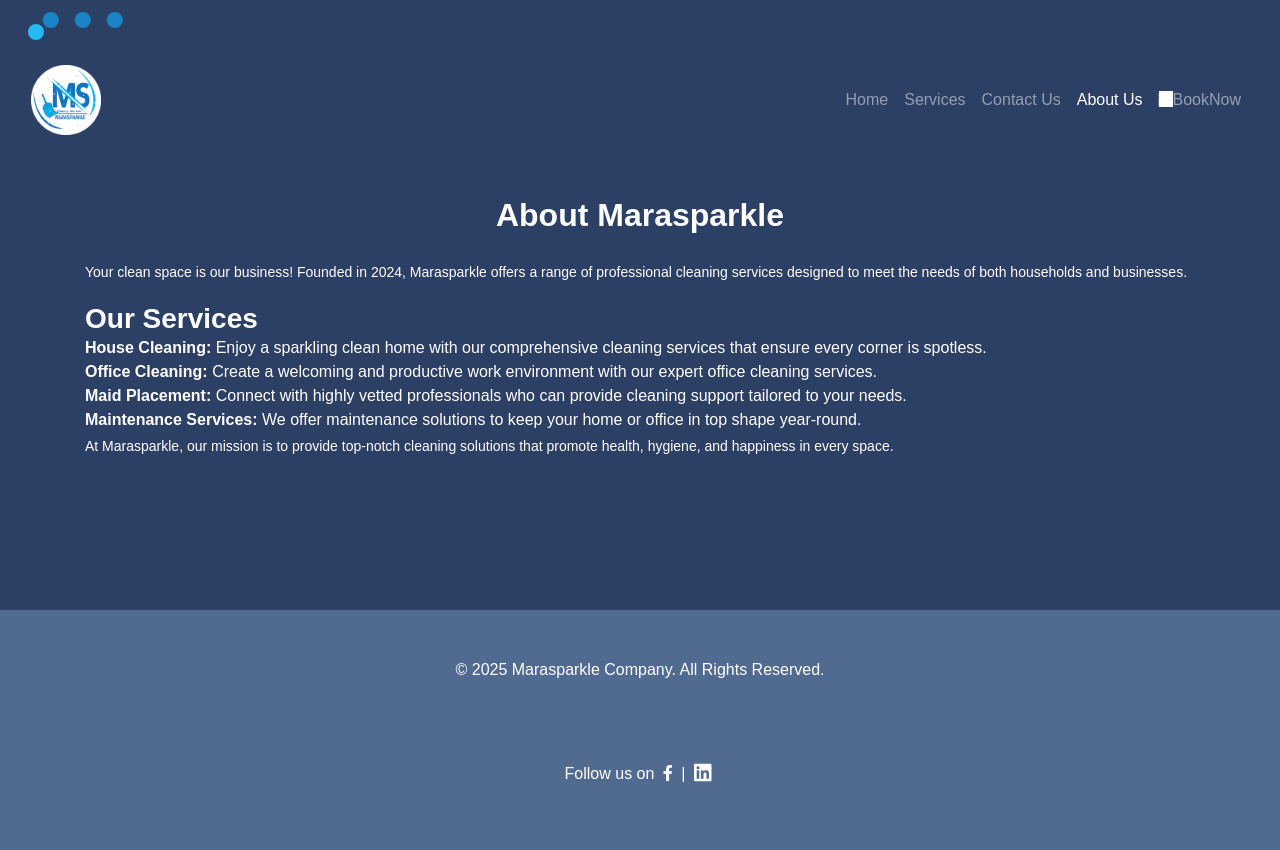
Repository: guineveretim/sparkle
Page: http://localhost/about/
These files come from the project's save history. The page is drawn as it stood at one moment and after the next save; the edit follows.
The browser window is 1280 px wide. The pictures show the whole page.
The page is served by the project's application, run on Django 5.2 (manage.py).

Above is the page before, as saved 2025-03-26 14:17:03.

After the next save:
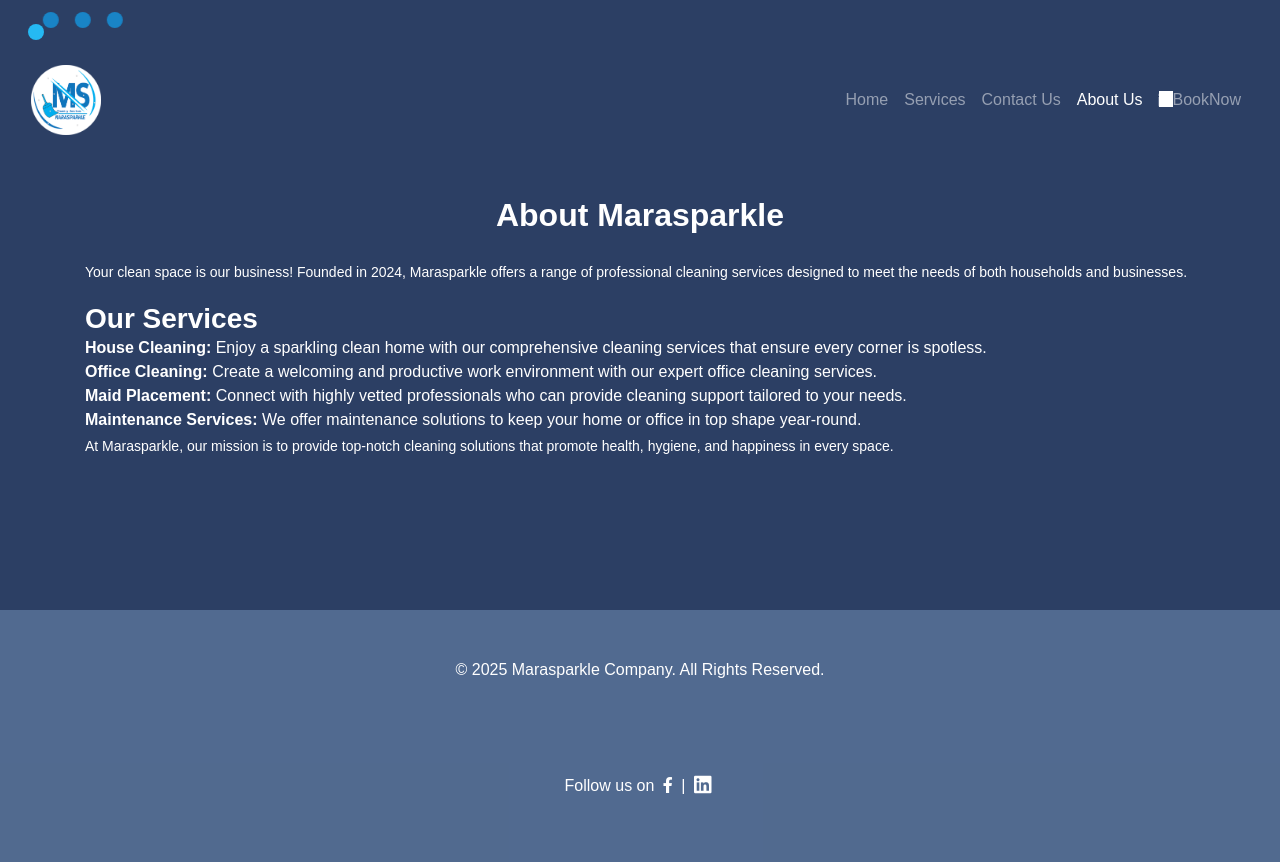
Saved 108 s later.
--- a/templates/application/about.html
+++ b/templates/application/about.html
@@ -95,7 +95,7 @@
 
     <footer class="footer text-center" style="background-color: rgba(166, 206, 243, 0.3); padding: 10px 0;">
         <div class="container-fluid">
-            <p class="mb-1">© 2025 Marasparkle Company. All Rights Reserved.</p>
+            <p>© 2025 Marasparkle Company. All Rights Reserved.</p>
             <p style="color: white;">
                 Follow us on
                 <a href="https://www.facebook.com/profile.php?id=61573551016908" class="mx-1 text-white">
